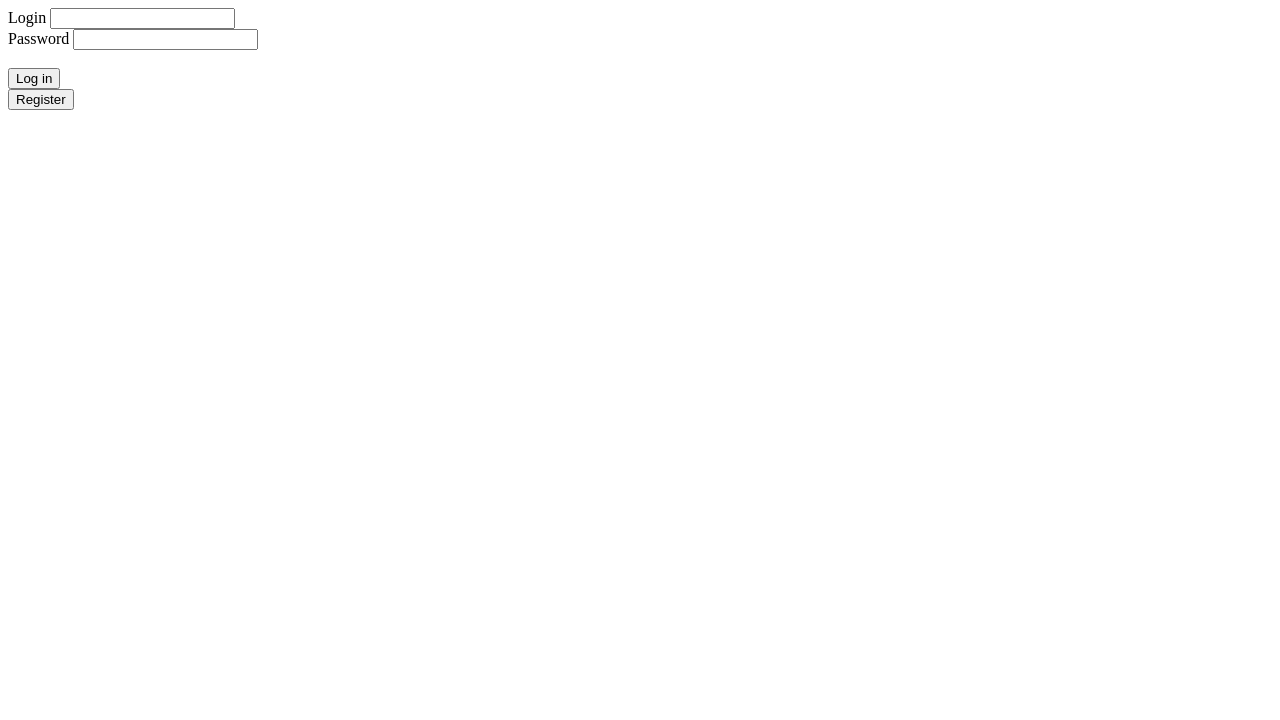
Repository: zlenyk/wrzucak
Page: Shop/WebContent/index.html
An editor plug-in stored every save of this project. The page is shown before and after the next save, followed by the edit.
The browser window is 1280 px wide. The pictures show the whole page.

Above is the page before, as saved 2013-09-24 10:55:07.

After the next save:
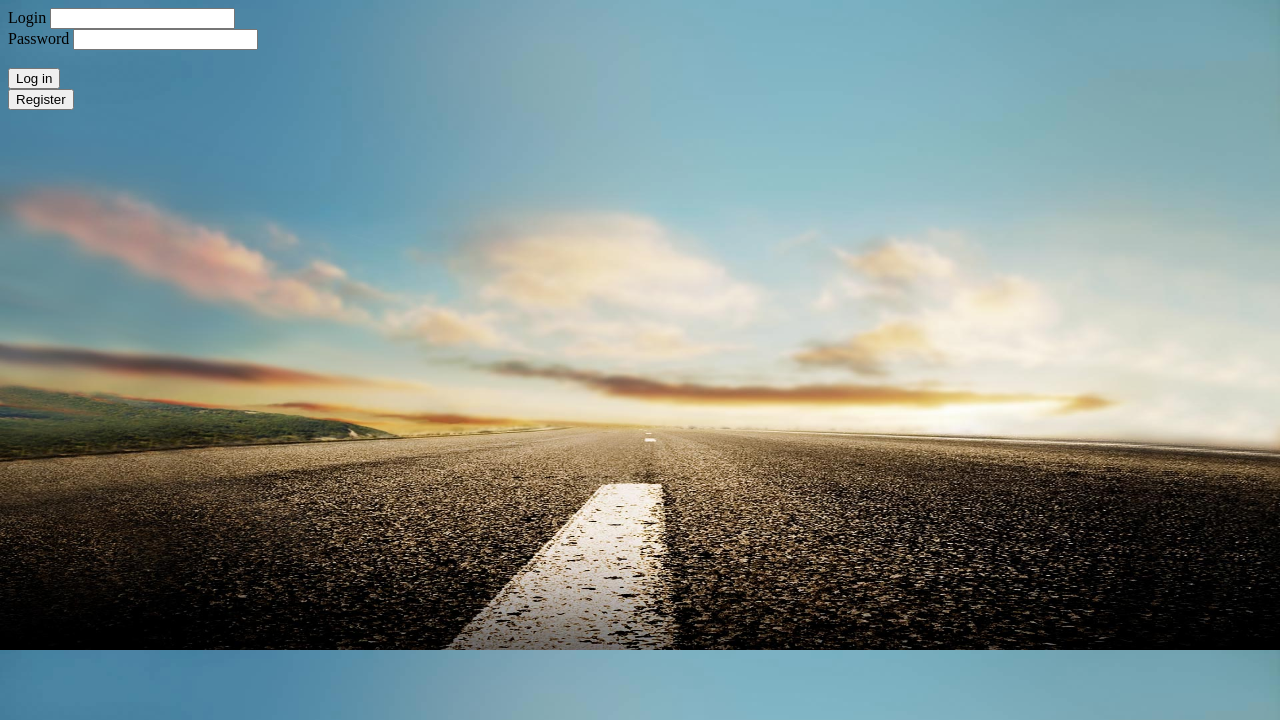
Saved 72 min 9 s later.
--- a/Shop/WebContent/index.html
+++ b/Shop/WebContent/index.html
@@ -9,7 +9,7 @@
 
 </head>
 
-<body id = "back">
+<body class ="back">
 
 	<form method="post" action="http://localhost:8080/Shop/Login">
 
